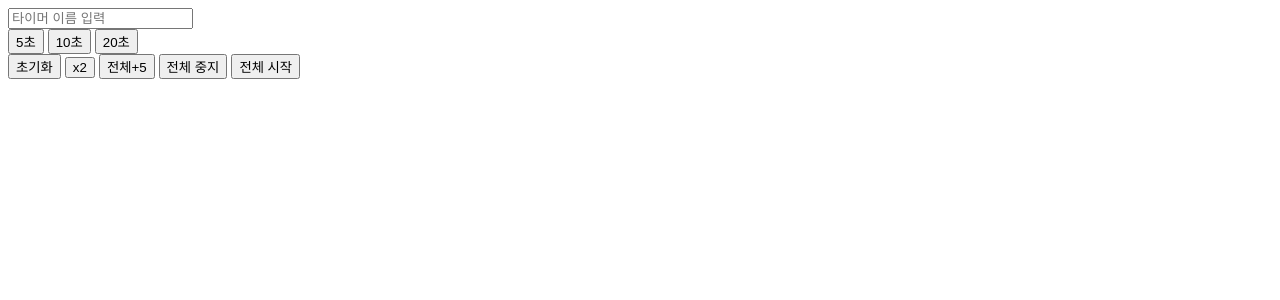
Repository: IT-magician/JS-Practice-Mission2
Page: index.html
An editor plug-in stored every save of this project. The page is shown before and after the next save, followed by the edit.
The browser window is 1280 px wide. The pictures show the whole page.

Above is the page before, as saved 2023-11-15 19:01:38.

### index.html
<!DOCTYPE html>
<html lang="en">
  <head>
    <meta charset="UTF-8" />
    <meta name="viewport" content="width=device-width, initial-scale=1.0" />
    <title>Document</title>
  </head>
  <body>
    <div class="pung-game">
      <div class="input">
        <div class="name">
          <input type="text" name="" id="" placeholder="타이머 이름 입력" />
        </div>
        <div class="btns">
          <input type="button" value="5초" />
          <input type="button" value="10초" />
          <input type="button" value="20초" />
        </div>
      </div>
      <div class="summary"></div>
      <div class="control">
        <input type="button" value="초기화" />
        <input type="button" value="x2" />
        <input type="button" value="전체+5" />
        <input type="button" value="전체 중지" />
        <input type="button" value="전체 시작" />
      </div>
      <div class="display"></div>
    </div>

    <script type="module" src="./js/main.js"></script>
  </body>
</html>

### js/main.js
import { TimerManager } from "./TimerManager.js";

function viewRender(timerInfoList) {
  console.log(timerInfoList);
}

let timerManager = new TimerManager(viewRender);

timerManager.Create("타이머1", 10 * 1000);

// timerManager.multiplerIncreaseAll();
// timerManager.multiplerIncrease(1);
// timerManager.IncreaseAll();
// timerManager.Increase(1);
// timerManager.Clear();
// timerManager.Cancel(1);

### js/TimerManager.js
class TimerManager {
  #pungs = [];

  #checkInterval = 500; // 500ms

  #baseLeftTime = 0;
  #isAllStop = false;

  #uuid = 1;

  #cmp;

  #totalSum = 0;

  #ViewRenderChecker = setInterval(() => {
    // this.#viewRender(this.#pungs);
    console.log(`average : ${this.#totalSum}`);
  }, 1000);

  #viewRender;

  constructor(viewRender, cmp = (lhs, rhs) => lhs - rhs) {
    this.#viewRender = viewRender;
    this.#cmp = cmp;
  }

  #GenerateUUID() {
    return this.#uuid++;
  }

  // 버블 정렬(with stable sort) 응용
  Sort(uuid) {
    let targetIdx = this.#pungs.findIndex((item) => item.uuid === uuid);

    // console.log(`uuid : ${uuid}, targetIdx : ${targetIdx}`);
    if (targetIdx === -1) return;

    let swapIdx = -1;

    for (let i = targetIdx + 1; i < this.#pungs.length; i++)
      if (this.#cmp(this.#pungs[targetIdx], this.#pungs[i]) > 0) swapIdx = i;

    for (let i = targetIdx - 1; i >= 0; i--)
      if (this.#cmp(this.#pungs[targetIdx], this.#pungs[i]) < 0) swapIdx = i;

    if (swapIdx === -1) return;

    [this.#pungs[targetIdx], this.#pungs[swapIdx]] = [
      this.#pungs[swapIdx],
      this.#pungs[targetIdx],
    ];
  }

  TimerInfoClass = class {
    name;
    uuid;
    value;
    timer = null;
    isStop = false;

    /**
     *
     * @param {string|number} name
     * @param {number} value : 삭제되기까지 남은 시간
     * @param {string|number} uuid
     */
    constructor(name, value, uuid) {
      this.name = name;
      this.value = value;
      this.uuid = uuid;
    }

    /**
     * Array.find(condition)?.executeMethod() 연산자를 사용하고 싶어서 만든 메서드들
     */
    Multipler = (value = 2) => (this.value *= value);
    Add = (value = 5) => (this.value += value);
    Start = () => (this.isStop = false);
    Stop = () => (this.isStop = true);
    ClearCountDownTimer = () => {
      if (this.timer === false) return;
      clearInterval(this.timer);
      this.timer = null;

      return this;
    };

    /**
     * Array.find(condition)?.executeMethod() 연산자를 사용하고 싶어서 만든 메서드들 + 이후 작업 처리용
     *
     * 원본:
     * execute = (func) => {
     *   return (...args) => {
     *     func(...args);
     *   };
     * };
     *
     * 외부에서 사용 예시:
     * timeInfo = new TimerInfoClass(...)
     * timeInfo.execute((a,b) => console.log(a+b))(1,2)
     */
    execute = (func) => {
      func(this);
      return this;

      // vs(위와 아래중에 머가 의도한거니.. 뭘 의도하고 싶었던거니..?)
      // return (...args) => func(...args);
    };
  };

  #getDiff(past, current) {
    return Math.abs(past - current);
  }

  #append(name, value) {
    let uuid = this.#GenerateUUID();
    let timerInfo = new this.TimerInfoClass(name, value, uuid);

    this.#pungs.push(timerInfo);
    this.#totalSum += value;

    return timerInfo;
  }

  /// ________________________________________________________________________
  //                            외부 호출 메소드 API
  /// ________________________________________________________________________

  GetAverage() {
    if (this.#pungs.length == 0) return 0;

    return this.#totalSum / 1000 / this.#pungs.length;
  }

  Create(name, value) {
    let timerInfo = this.#append(name, value);
    const uuid = timerInfo.uuid;

    new Promise((resolve, reject) => {
      // 시간 카운트 다운 설정
      timerInfo.timer = setInterval(() => {
        if (this.#isAllStop || timerInfo.isStop) return;

        const past = timerInfo.value;
        timerInfo.value = Math.max(0, timerInfo.value - this.#checkInterval);

        console.log(past, timerInfo.value, this.#totalSum);

        this.Sort(uuid);

        if (timerInfo.value === 0) {
          timerInfo.ClearCountDownTimer();

          resolve();
        }

        this.#totalSum -= this.#getDiff(past, timerInfo.value); // down value
      }, this.#checkInterval);
    }).then((resolve, reject) => {
      // 종료 작업
      this.Cancel(uuid);
    });
  }

  Clear() {
    for (let i = this.#pungs.length - 1; i >= 0; i--)
      this.Cancel(this.#pungs[i].uuid);

    this.#pungs = [];
  }

  multiplerIncreaseAll(value = 2) {
    this.StopAll();

    this.#pungs?.forEach((item) => {
      const past = item.value;
      item.Multipler();
      this.#totalSum += this.#getDiff(past, item.value);
    });

    this.StartAll();
  }

  multiplerIncrease(uuid, value = 2) {
    this.#pungs
      .find((item) => item.uuid === uuid)
      ?.execute((instance) => {
        const past = instance.value;
        instance.Multipler(value);
        this.#totalSum += this.#getDiff(past, instance.value);
      });
  }

  StopAll() {
    this.#isAllStop = true;
  }

  Stop(uuid) {
    this.pungs.find((item) => item.uuid === uuid)?.Stop();
  }

  StartAll() {
    this.#isAllStop = false;
  }
  Start(uuid) {
    this.pungs.find((item) => item.uuid === uuid)?.Start();
  }

  IncreaseAll(value = 5) {
    this.StopAll();

    this.#pungs?.forEach((item) => {
      const past = item.value;
      item.Add();
      this.#totalSum += this.#getDiff(past, item.value);
    });

    this.StartAll();
  }

  Increase(uuid, value = 5) {
    this.#pungs
      .find((item) => item.uuid === uuid)
      ?.execute((instance) => {
        const past = instance.value;
        instance.Add(value);
        this.#totalSum += this.#getDiff(past, instance.value);
      });
  }

  Cancel(uuid) {
    console.log(this.#pungs);
    console.log(
      `Cancel - uuid : ${uuid}`,
      this.#pungs.find((item) => item.uuid === uuid)
    );
    this.#pungs
      .find((item) => item.uuid === uuid)
      ?.ClearCountDownTimer()
      // .execute(() => console.log(this.#pungs));
      .execute((instance) => {
        this.#totalSum -= instance.value;
        this.#pungs.splice(
          this.#pungs.findIndex((item) => item.uuid === uuid),
          1
        );

        // ==>  instance는 배열에만 존재하게 설계했음.
        //////  그러므로 이후에 해당 item은 GC가 처리함.
      });
    // .execute(() => alert("헬로"));
  }
}

export { TimerManager };

After the next save:
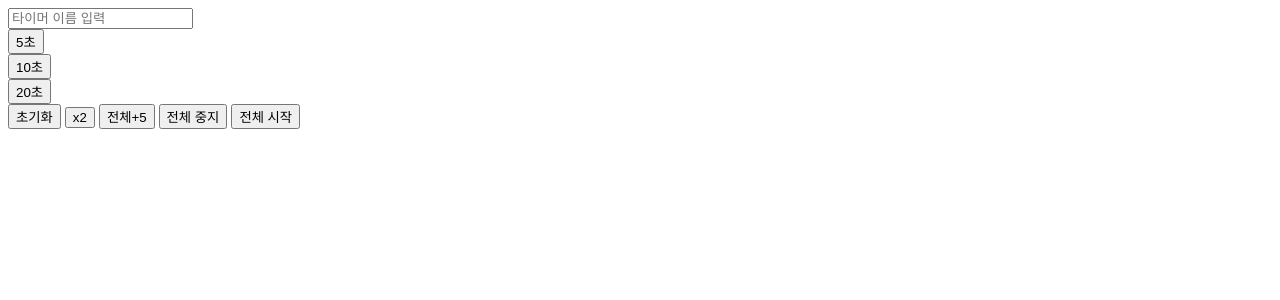
Saved 47 s later.
--- a/index.html
+++ b/index.html
@@ -4,6 +4,12 @@
     <meta charset="UTF-8" />
     <meta name="viewport" content="width=device-width, initial-scale=1.0" />
     <title>Document</title>
+
+    <style>
+      .input * {
+        display: block;
+      }
+    </style>
   </head>
   <body>
     <div class="pung-game">
